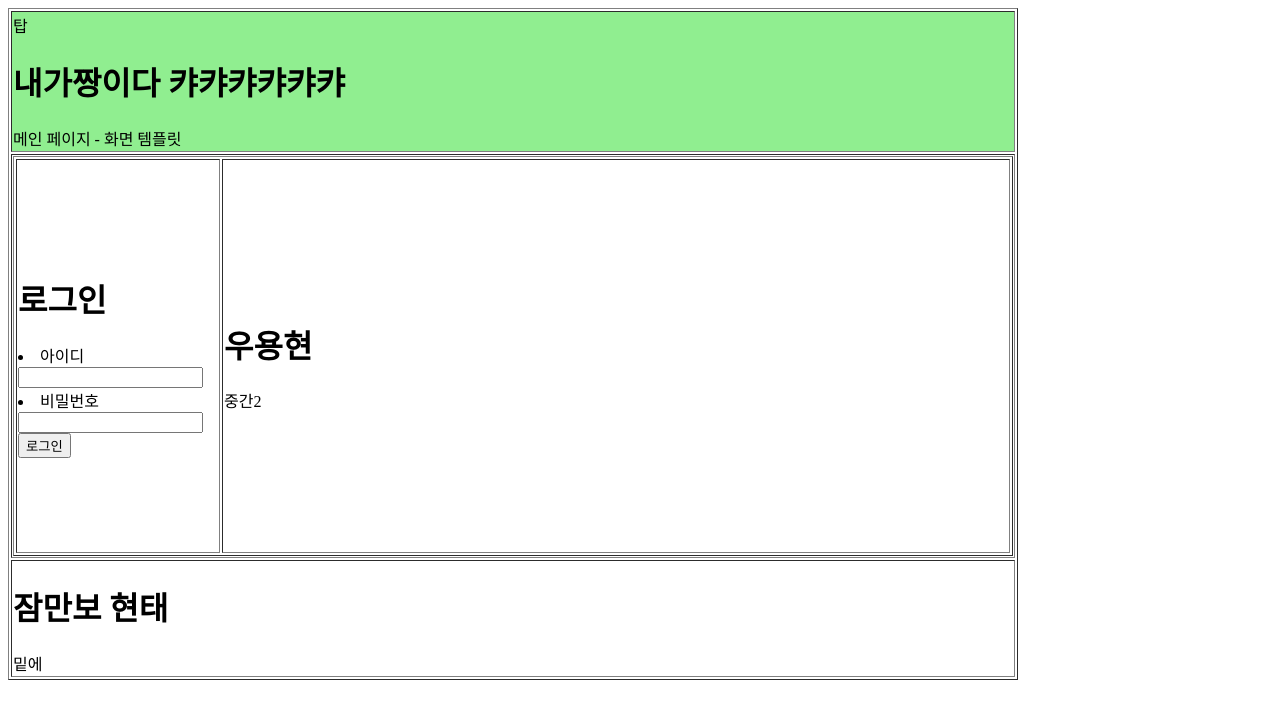
Repository: ikobean/ikoebean
Page: http://localhost/dev_jsp/ch07/index.jsp
These files come from the project's save history. The page is drawn as it stood at one moment and after the next save; the edit follows.
The browser window is 1280 px wide. The pictures show the whole page.
The page is served by Tomcat 9.

Above is the page before, as saved 2019-07-17 02:14:38.

After the next save:
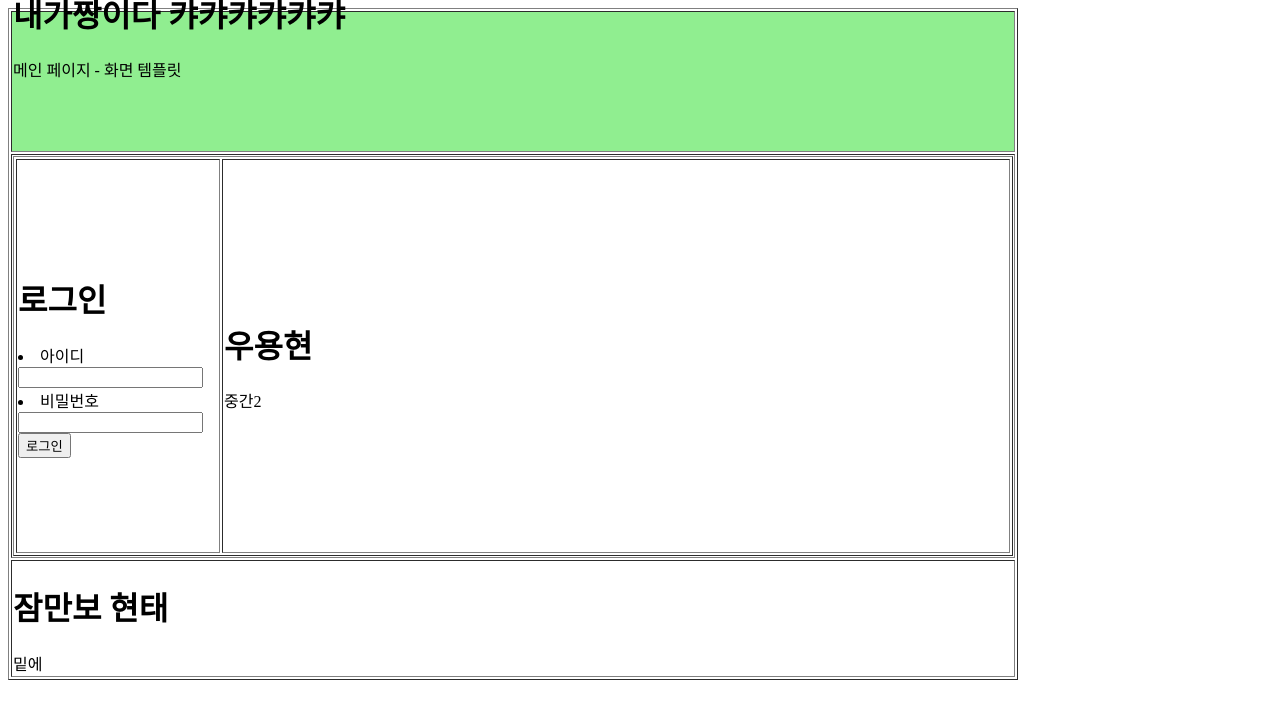
Saved 12 s later.
--- a/workspace_jsp/dev_jsp/WebContent/ch07/top.jsp
+++ b/workspace_jsp/dev_jsp/WebContent/ch07/top.jsp
@@ -8,7 +8,7 @@
 </head>
 <body>
 <h1>내가짱이다 캬캬캬캬캬캬</h1>
-<table>
+<table width="100%" height="100%">
 	<tr>메인 페이지 - 화면 템플릿</tr>
 </table>
 </body>
